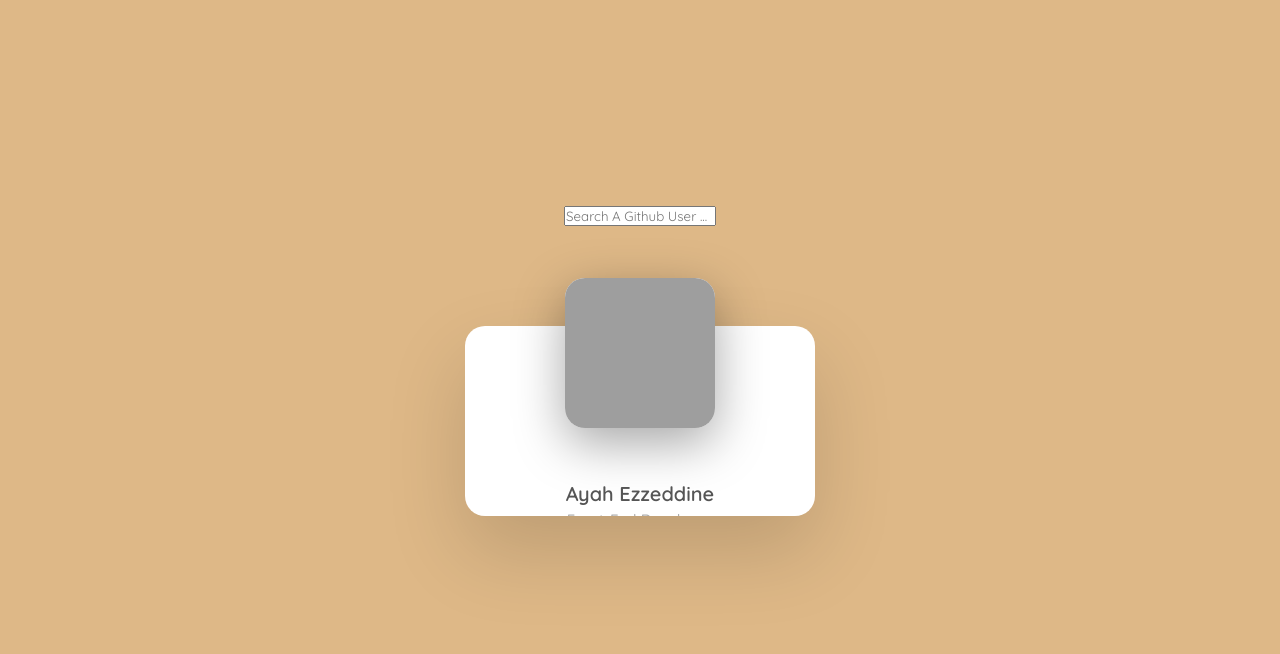
Repository: ayah1996/Github-Profiles
Page: index.html
An editor plug-in stored every save of this project. The page is shown before and after the next save, followed by the edit.
The browser window is 1280 px wide. The pictures show the whole page.
Pictures or frames that could not be fetched are drawn as grey boxes. The page's requests for data from a server got no answer.

Above is the page before, as saved 2023-01-26 14:35:08.

### index.html
<!DOCTYPE html>
<html lang="en">
  <head>
    <meta charset="UTF-8" />
    <meta http-equiv="X-UA-Compatible" content="IE=edge" />
    <meta name="viewport" content="width=device-width, initial-scale=1.0" />
    <link rel="stylesheet" href="style.css" />
    <script src="script.js" defer></script>
    <title>Github Profile</title>
  </head>
  <body>
    <main id="main">
      <form id="form">
        <input type="text" id="search" placeholder="Search A Github User ..." />
      </form>
      <div class="card">
        <div class="imgBox">
          <img src="unnamed.jpg" alt="profile Image" />
        </div>
        <div class="content">
          <div class="details">
            <h2>Ayah Ezzeddine <br /><span> Front-End Developer </span></h2>
            <div class="data">
              <h3>342<br /><span>Followers</span></h3>
              <h3>342<br /><span>Following</span></h3>
              <h3>100<br /><span>Repos</span></h3>
            </div>
          </div>
        </div>
      </div>
    </main>
  </body>
</html>

### style.css
@import url("https://fonts.googleapis.com/css2?family=Quicksand:wght@400;500;600;700&display=swap");

* {
  margin: 0;
  padding: 0;
  box-sizing: border-box;
  font-family: "Quicksand", sans-serif;
}

body {
  margin: 0;
}

#main {
  display: flex;
  justify-content: center;
  flex-direction: column;
  align-items: center;
  min-height: 100vh;
  background-color: burlywood;
}
#form {
  margin-bottom: 100px;
}

.card {
  position: relative;
  width: 350px;
  height: 190px;
  /* height: 450px; */
  background-color: #fff;
  border-radius: 20px;
  box-shadow: 0 35px 80px rgba(0, 0, 0, 0.15);
  transition: 0.5s;
}

.card:hover {
  height: 450px;
}

.imgBox {
  position: absolute;
  left: 50%;
  top: -25%;
  transform: translateX(-50%);
  width: 150px;
  height: 150px;
  background-color: #fff;
  border-radius: 20px;
  box-shadow: 0 15px 50px rgba(0, 0, 0, 0.35);
  overflow: hidden;
  transition: 0.5s;
}
.card:hover .imgBox {
  width: 250px;
  height: 250px;
}
.imgBox img {
  position: absolute;
  top: 0;
  left: 0;
  width: 100%;
  height: 100%;
  -o-object-fit: cover;
  object-fit: cover;
}

.card .content {
  position: absolute;
  width: 100%;
  height: 100%;
  display: flex;
  justify-content: center;
  align-items: flex-end;
  overflow: hidden;
}

.card .details {
  width: 100%;
  padding: 40px;
  text-align: center;
  transition: 0.5s;
  transform: translateY(135px);
}

.card:hover .details {
  transform: translateY(0px);
}
.card .details h2 {
  font-size: 1.25em;
  font-weight: 600;
  color: #555;
  line-height: 1.2em;
}

.card .details h2 span {
  font-size: 0.75em;
  font-weight: 500;
  opacity: 0.5;
}

.card .details .data {
  display: flex;
  justify-content: space-between;
  margin: 20px 0;
}

.card .details .data h3 {
  font-size: 1em;
  color: #555;
  line-height: 1.2em;
  font-weight: 600;
}
.card .details .data h3 span {
  font-size: 0.85em;
  font-weight: 400;
  opacity: 0.5;
}

### script.js
const APIURL = "https://api.github.com/users/";

const main = document.getElementById("main");
const form = document.getElementById("form");
const search = document.getElementById("search");

getUser("ayah1996");

async function getUser(username) {
  const response = await fetch(APIURL + username);
  const data = await response.json();

  createUserCard(data);
  getRepos(username);
}

async function getRepos(username) {
  const response = await fetch(APIURL + username + "/repos");
  const data = await response.json();

  addReposToCard(data);
}

function createUserCard(user) {
  const cardHTML = ``;
}

After the next save:
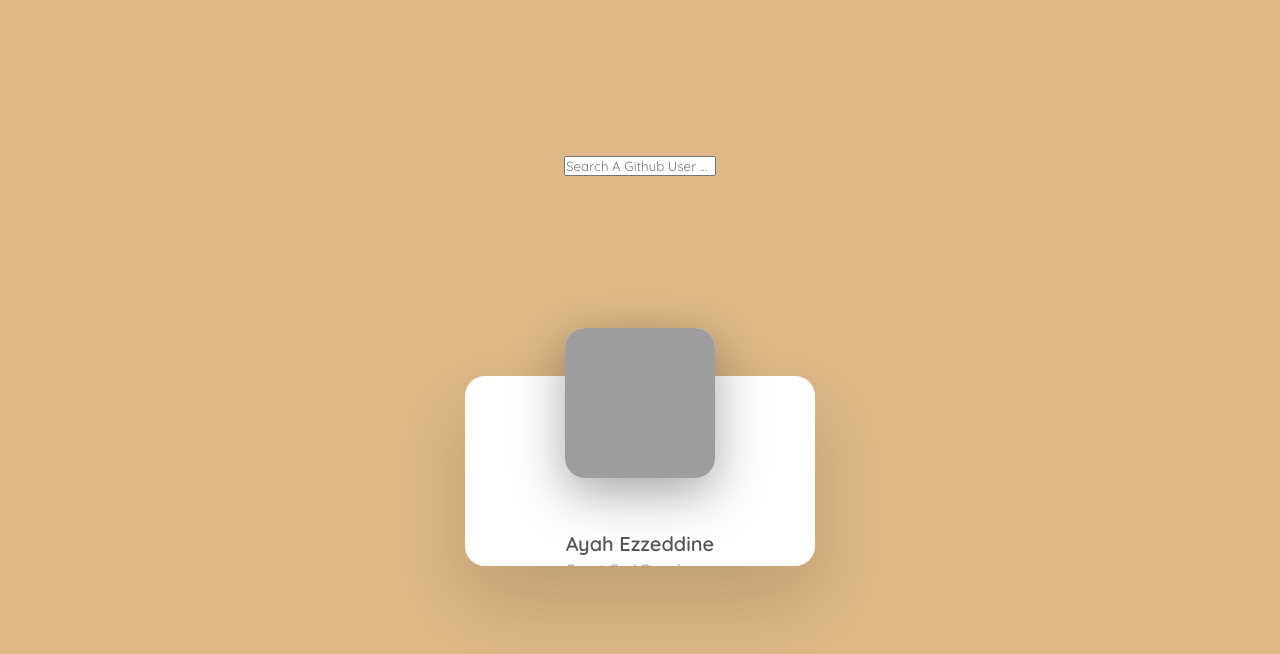
Saved 8 s later.
--- a/style.css
+++ b/style.css
@@ -20,7 +20,7 @@ body {
   background-color: burlywood;
 }
 #form {
-  margin-bottom: 100px;
+  margin-bottom: 200px;
 }
 
 .card {
